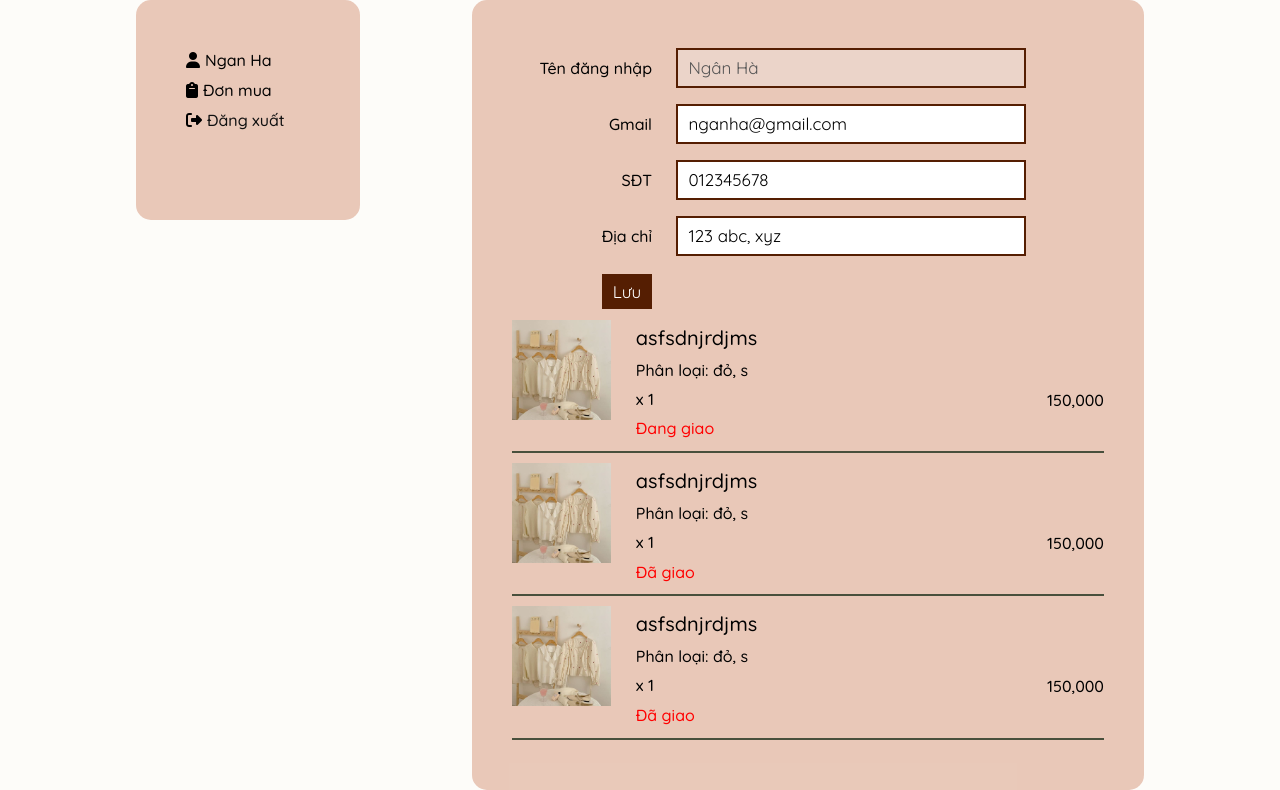
Repository: nganha241/store
Page: profile.html
The author's editor kept a copy of each file at every save. The page is drawn from the files as they stood at one save, then again after the next save.
The browser window is 1280 px wide. The pictures show the whole page.
Some web libraries are served in a nearby version.

Above is the page before, as saved 2022-04-22 21:43:54.

After the next save:
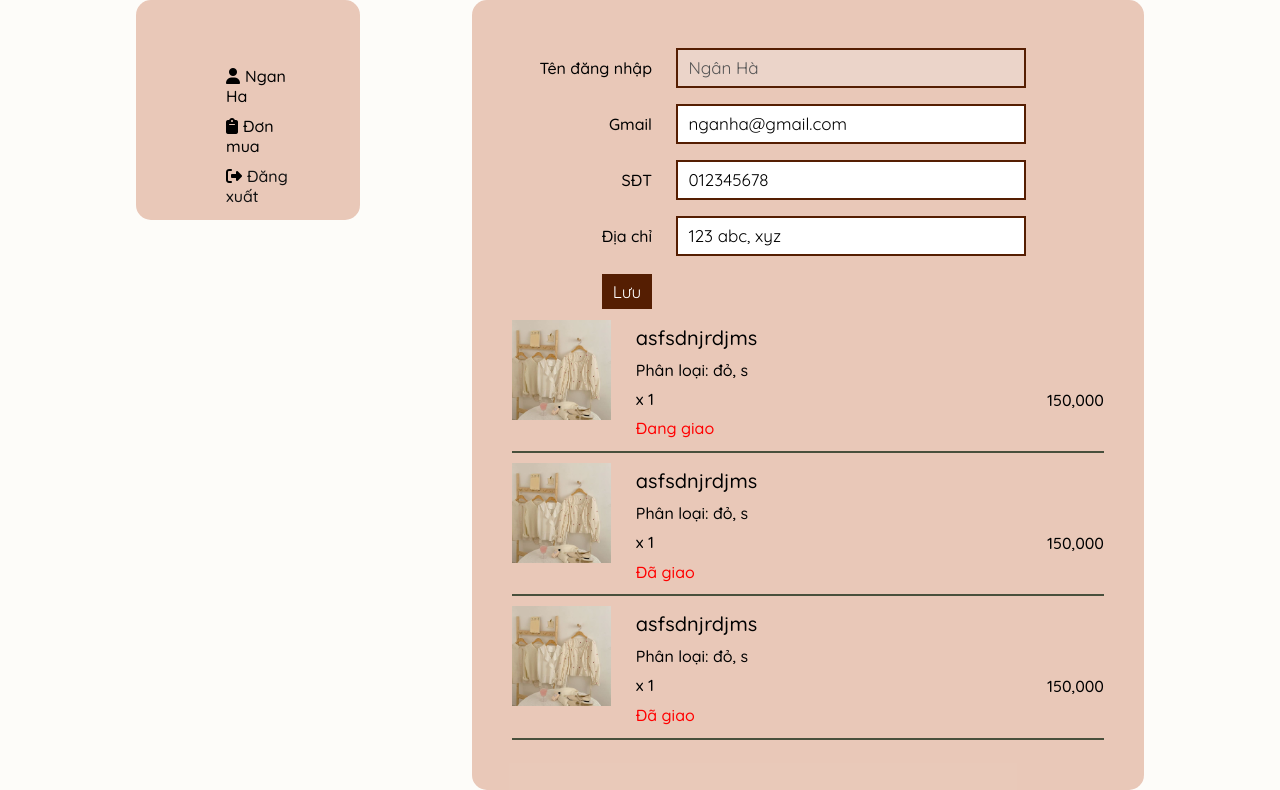
Saved 93 s later.
--- a/profile.html
+++ b/profile.html
@@ -13,13 +13,15 @@
       <div class="profile">
         <div class="active">
           <div class="list">
-            <div class="name">
-              <i class="fa fa-user" aria-hidden="true"></i>Ngan Ha
-            </div>
-            <div class="order"><i class="fas fa-clipboard"></i>Đơn mua</div>
-            <div>
-              <i class="fas fa-sign-out-alt"></i><a href="#">Đăng xuất</a>
-            </div>
+            <ul>
+              <li class="name">
+                <i class="fa fa-user" aria-hidden="true"></i>Ngan Ha
+              </li>
+              <li class="order"><i class="fas fa-clipboard"></i>Đơn mua</li>
+              <li>
+                <i class="fas fa-sign-out-alt"></i><a href="#">Đăng xuất</a>
+              </li>
+            </ul>
           </div>
         </div>
 

After the save that followed:
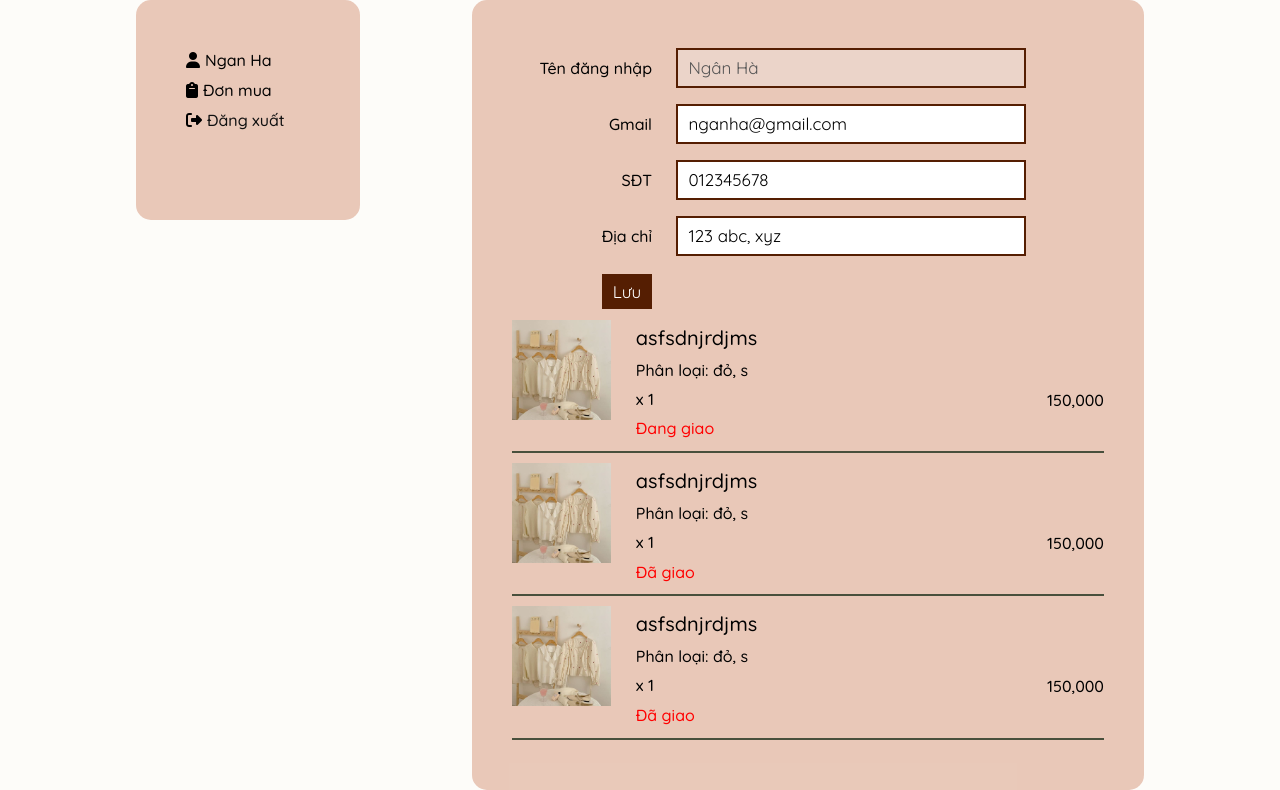
Saved 2 min 2 s later.
--- a/profile.html
+++ b/profile.html
@@ -13,15 +13,15 @@
       <div class="profile">
         <div class="active">
           <div class="list">
-            <ul>
-              <li class="name">
-                <i class="fa fa-user" aria-hidden="true"></i>Ngan Ha
-              </li>
-              <li class="order"><i class="fas fa-clipboard"></i>Đơn mua</li>
-              <li>
-                <i class="fas fa-sign-out-alt"></i><a href="#">Đăng xuất</a>
-              </li>
-            </ul>
+            <div class="list-profile name">
+              <i class="fa fa-user" aria-hidden="true"></i>Ngan Ha
+            </div>
+            <div class="list-profile order">
+              <i class="fas fa-clipboard"></i>Đơn mua
+            </div>
+            <div>
+              <i class="fas fa-sign-out-alt"></i><a href="#">Đăng xuất</a>
+            </div>
           </div>
         </div>
 
